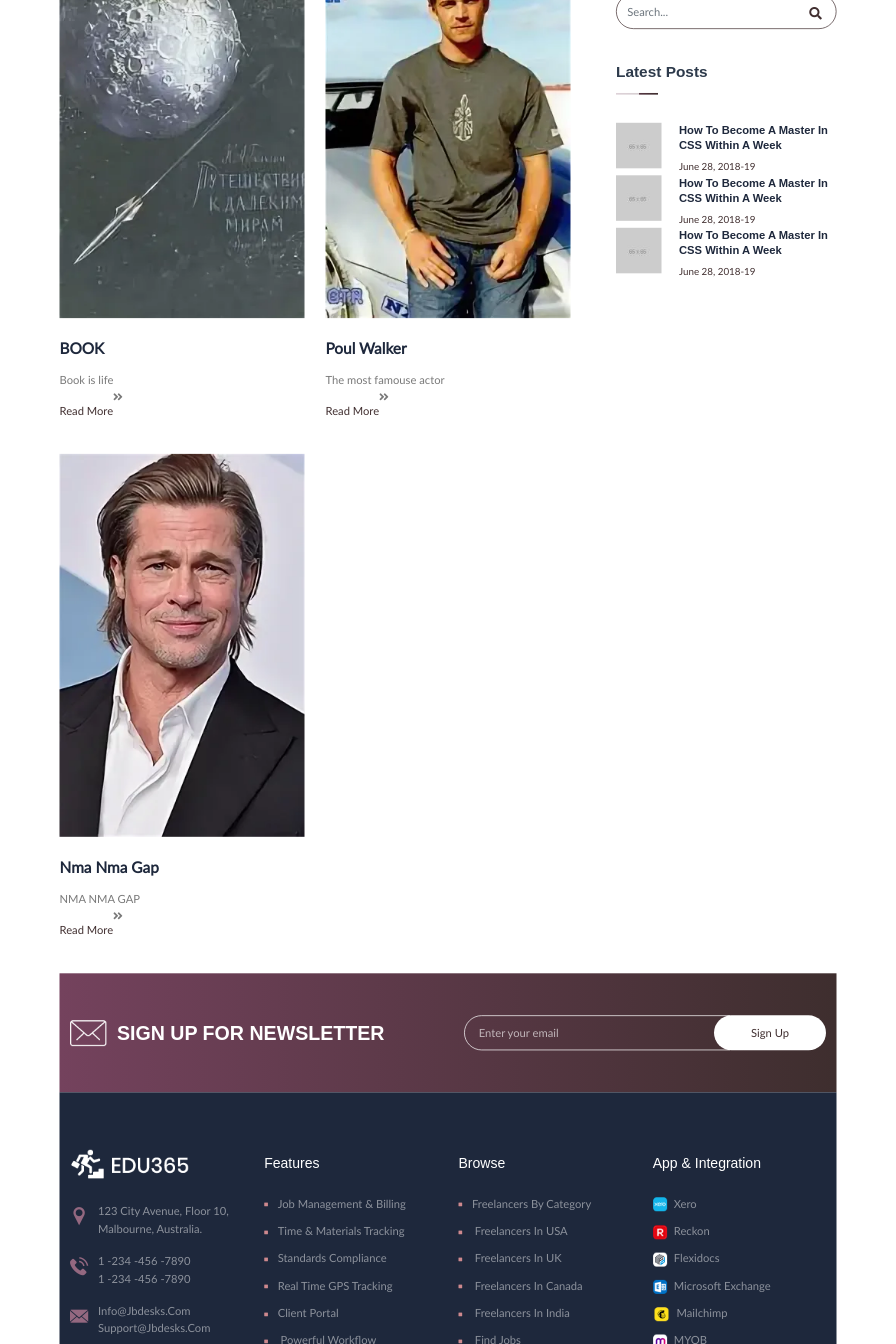
Repository: maqsudov0371/vazifa7oy10dars
Page: http://localhost/service/
These files come from the project's save history. The page is drawn as it stood at one moment and after a run of saves; the edit follows.
The browser window is 1280 px wide. The pictures show the part of the page from y = 779 to 2699 px (the page is 3012 px tall), at 70% of full size.
Some web fonts or font styles are not loaded; a fallback is used. The page is served by the project's application, run on Django 4.2 (manage.py). The page reads the database file committed with the project. Queries for data that is not in the repository find no rows.

Above is the page before, as saved 2024-09-11 15:07:11.
Console error: TypeError: Cannot read properties of undefined (reading 'left')

After the next 2 saves:
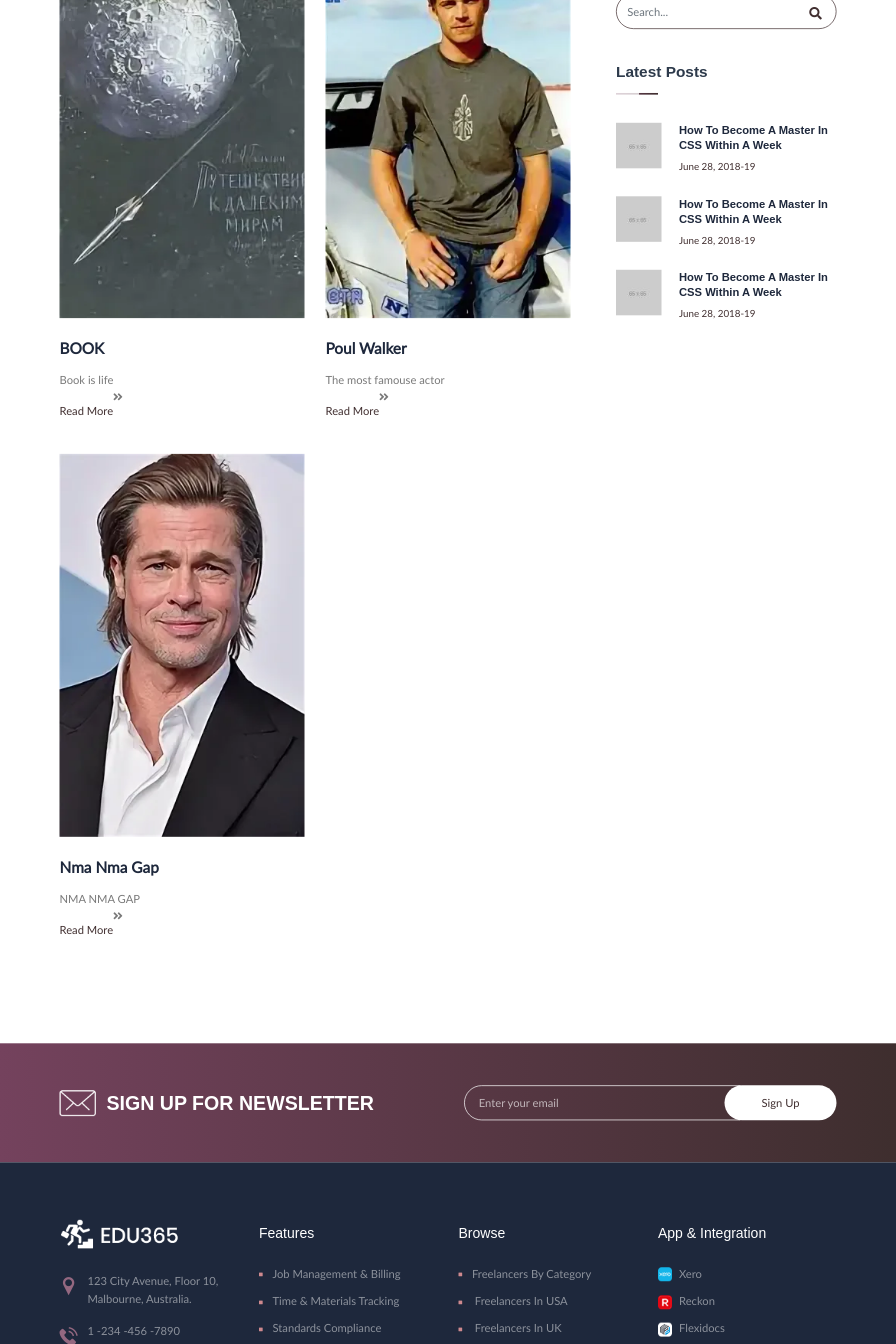
The 2 saves are shown as one change because they came seconds apart.
The last was saved 9 s later.
--- a/main/templates/main/service.html
+++ b/main/templates/main/service.html
@@ -78,16 +78,16 @@
                             <h2>Latest Posts</h2>
                         </div>
                         {% for last in services %}
-                        <div class="blog_wrapper22 float_left">
-                            <div class="blog_image">
-                                <img src="images/blog1.jpg" class="img-responsive" alt="blog_img1" />
+                            <div class="blog_wrapper22 float_left">
+                                <div class="blog_image">
+                                    <img src="images/blog1.jpg" class="img-responsive" alt="blog_img1" />
+                                </div>
+                                <div class="blog_text">
+                                    <h5><a href="#">How to Become a Master in CSS within a Week</a></h5>
+                                    <div class="blog_date">June 28, 2018-19</div>
+                                </div>
                             </div>
-                            <div class="blog_text">
-                                <h5><a href="#">How to Become a Master in CSS within a Week</a></h5>
-                                <div class="blog_date">June 28, 2018-19</div>
-                            </div>
-                            {% endfor %}
-                        </div>
+                        {% endfor %}
                     </div>
 
 
